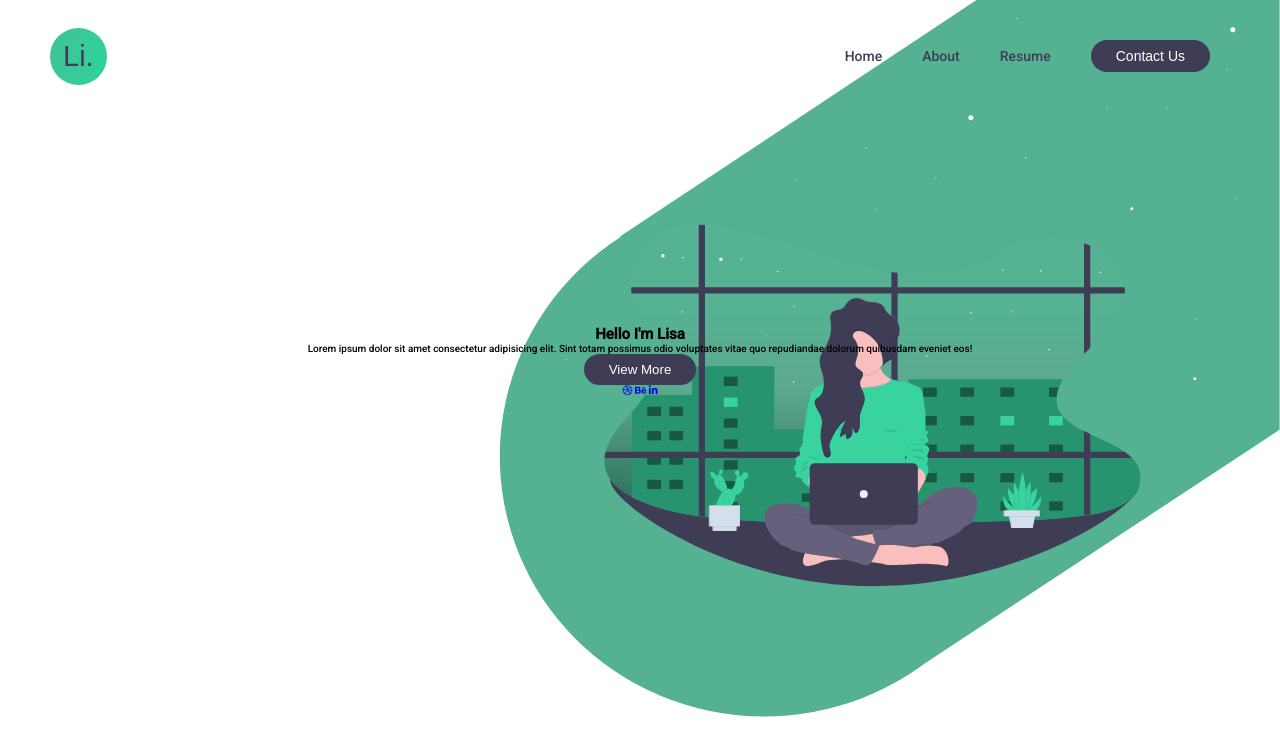
Repository: kebinh1235/porfolio-demo
Page: index.html
An editor plug-in stored every save of this project. The page is shown before and after the next save, followed by the edit.
The browser window is 1280 px wide. The pictures show the whole page.
Some web libraries are served in a nearby version.

Above is the page before, as saved 2021-10-20 15:43:07.

### index.html
<!DOCTYPE html>
<html lang="en">
<head>
  <meta charset="UTF-8">
  <meta http-equiv="X-UA-Compatible" content="IE=edge">
  <meta name="viewport" content="width=device-width, initial-scale=1.0">
  <title>Document</title>
  <!--CSS-->
  <link rel="stylesheet" href="./css/style.css">
</head>
<body>
  <!-- header -->
  <header>
    <div class="container">
      <nav class="navbar">
        <!-- logo -->
        <div class="navbar__logo">
          <img src="./img/logo.svg" alt="Website logo">
        </div>
        <!-- links -->
        <ul class="navbar__list">
          <li class="navbar__item"><a href="#" class="navbar__link">Home</a></li>
          <li class="navbar__item"><a href="#" class="navbar__link">About</a></li>
          <li class="navbar__item"><a href="#" class="navbar__link">Resume</a></li>
          <!-- <li class="navbar__item"><a href="#" class="navbar__link btn navbar__mobile-active">Contact Us</a></li> -->
          <a href="#"><button class="btn navbar__btn">Contact Us</button></a>
        </ul>
        <!-- menu mobile -->
        <div class="navbar__icons">
          <div class="navbar__icon"></div>
        </div>
      </nav>
    </div>
  </header>
  <!-- banner -->
  <section id="banner">
    <div class="container">
      <!-- img -->
      <div class="banner__img">
        <img src="./img/banner-img.png" alt="Of Women">
      </div>
      <!-- heading -->
      <div class="banner__heading">
        <h1>Hello I'm Lisa</h1>
        <p>Lorem ipsum dolor sit amet consectetur adipisicing elit. Sint totam possimus odio voluptates vitae quo repudiandae dolorum quibusdam eveniet eos!</p>
        <a href="#"><button class="btn banner__btn">View More</button></a>
        <div class="banner__social">
          <a href="#"><i class="fab fa-dribbble"></i></a>
          <a href="#"><i class="fab fa-behance"></i></a>
          <a href="#"><i class="fab fa-linkedin-in"></i></a>
        </div>
      </div>
    </div>
  </section>

  <!--Font awesome-->
  <script src="https://kit.fontawesome.com/5d1e581bbe.js" crossorigin="anonymous"></script>
  <!--JS-->
  <script src="./js/main.js"></script>
</body>
</html>

### css/style.css
@import url('https://fonts.googleapis.com/css2?family=Roboto:wght@300;500&display=swap');
:root {
  --green: #54B192;
  --green-l: #A4CEC0;
  --gray: #3F3D56;
  --white: #fff;
  --smooth: all .3s linear;
}
* {
  margin: 0;
  padding: 0;
  box-sizing: border-box;
  list-style-type: none;
  text-decoration: none;
}
html {
  scroll-behavior: smooth;
  font-size: 62.5%;
}
body {
  font-family: "Roboto", sans-serif;
}
img {
  max-width: 100%;
  width: 100%;
}
.container {
  max-width: 1200px;
  width: 100%;
  margin: 0 auto;
  padding: 0 10px;
}
.btn {
  text-align: center;
  background: var(--gray);
  color: var(--white);
  padding: .8rem 2.5rem;
  border: none;
  border-radius: 100px;
  cursor: pointer;
  transition: var(--smooth);
}
.btn:hover {
  background: var(--green-l);
  transition: var(--smooth);
}
/*header*/
header {
  position: fixed;
  width: 100%;
}
.navbar {
  display: flex;
  justify-content: space-between;
  align-items: center;
  padding: 20px 0;
}
.navbar__logo {
  width: 57px;
  height: 57px;
  object-fit: cover;
}
.navbar__logo img {
  width: 100%;
}
.navbar__list{
  position: fixed;
  top: 0;
  left: 0;
  bottom: 0;
  background: var(--gray);
  width: 60%;
  max-width: 100%;
  transform: translateX(-100%);
  opacity: 0;
  transition: var(--smooth);
  z-index: 10;
}
.navbar__list.navbar__open {
  transform: translateX(0);
  opacity: 1;
}
.navbar__link{
  padding: 20px;
  font-size: 1.4rem;
  display: block;
  color: var(--white);
}
.navbar__link:hover {
  color: var(--green);
  transition: var(--smooth);
}
.navbar__btn{
  font-size: 1.4rem;
  margin: 20px;
  background: var(--green);
}
/*Menu icon*/
.navbar__icons{
  display: flex;
  justify-content: center;
  align-items: center;
  width: 50px;
  height: 50px;
  cursor: pointer;
  transition: var(--smooth);
  z-index: 10;
}
.navbar__icon{
  width: 40px;
  height: 6px;
  border-radius: 5px;
  background: var(--gray);
  position: relative;
  transition: var(--smooth);
}
.navbar__icon:before,
.navbar__icon:after {
  content: '';
  position: absolute;
  width: 40px;
  height: 6px;
  border-radius: 5px;
  background: var(--gray);
  transition: var(--smooth);
}
.navbar__icon:before {
  transform: translateY(-12px)
}
.navbar__icon:after {
  transform: translateY(12px)
}
/* menu icon animation */
.open .navbar__icon {
  transform: translateX(-50px);
  background: transparent;
}
.open .navbar__icon:before {
  transform: rotate(45deg) translate(35px, -35px);
}
.open .navbar__icon:after {
  transform: rotate(-45deg) translate(35px, 35px);
}
/* banner */
#banner {
  position: relative;
  height: 100vh;
  display: flex;
  align-items: center;
}
.banner__img {
  position: absolute;
  top: 0;
  right: 0;
  z-index: -1;
}
.banner__heading {
  max-height: 300px;
  margin: 0 auto;
  text-align: center;
}


@media screen and (min-width: 992px) {
  .navbar__list {
    display: flex;
    justify-content: flex-end;
    align-items: center;
    transform: translateX(0);
    position: initial;
    opacity: 1;
    background: transparent;
  }
  .navbar__link {
    color: var(--gray);
  }
  .navbar__btn {
    background: var(--gray);
  }
  .navbar__icons {
    display: none;
  }
}

### js/main.js
const menu = document.querySelector('.navbar__list');
const menuIcon = document.querySelector('.navbar__icons')

menuIcon.addEventListener('click', () =>{
  menu.classList.toggle('navbar__open');
  menuIcon.classList.toggle('open');
})

After the next save:
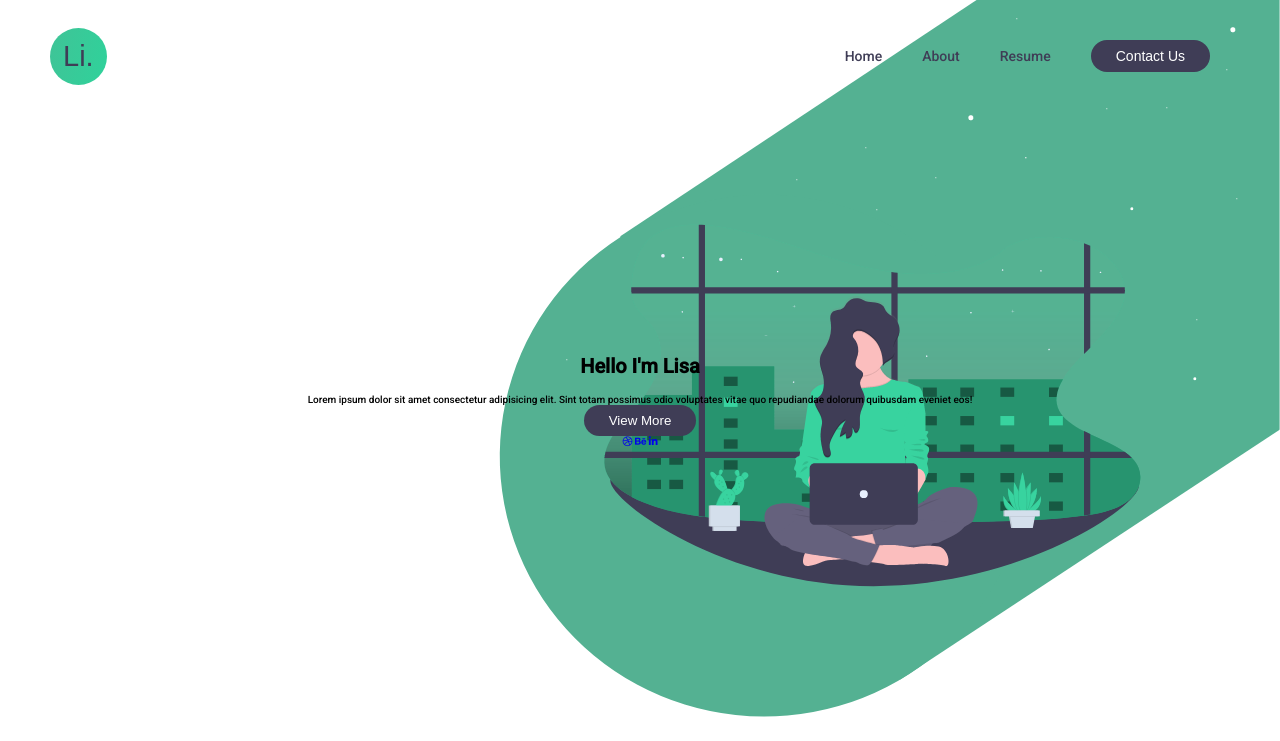
Saved 31 s later.
--- a/css/style.css
+++ b/css/style.css
@@ -159,7 +159,11 @@ header {
   margin: 0 auto;
   text-align: center;
 }
-
+.banner__heading h1 {
+  font-size: 2rem;
+  padding-top: 4em;
+  margin-bottom: .8em;
+}
 
 @media screen and (min-width: 992px) {
   .navbar__list {
